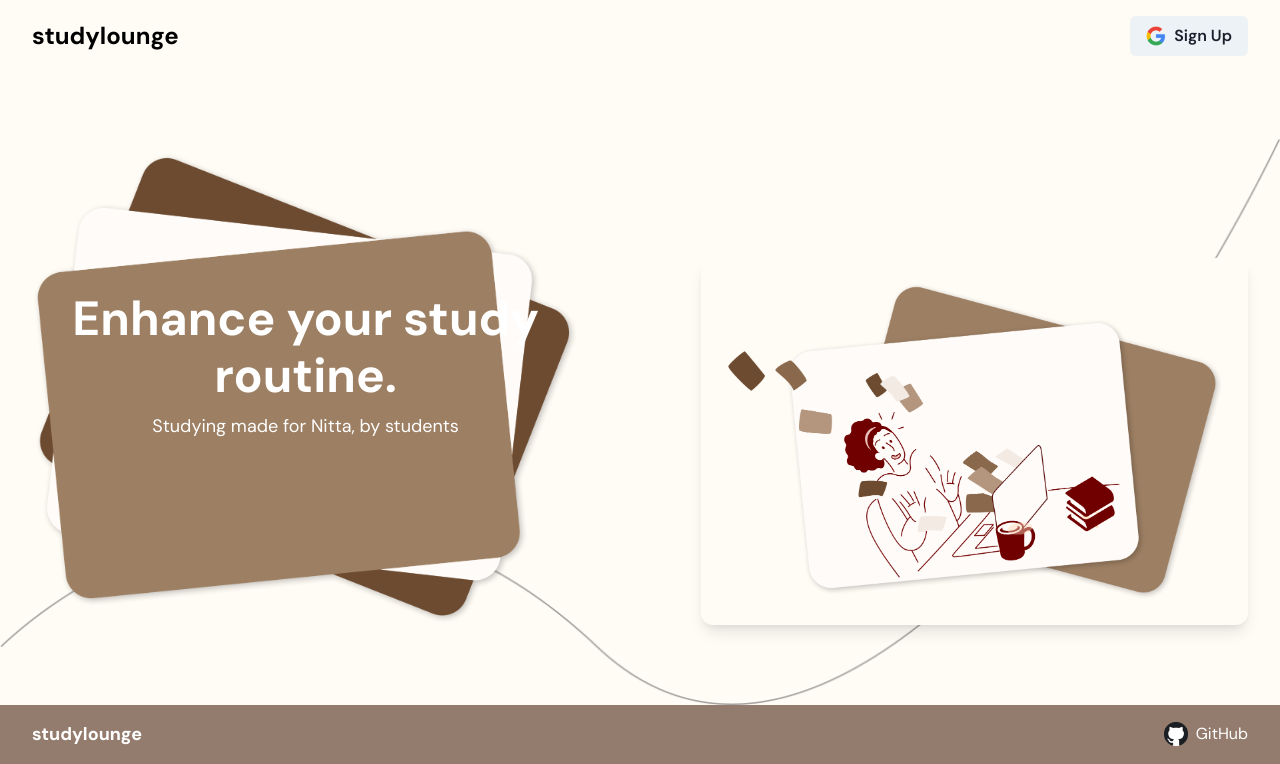
Repository: greg-chang/flashcard-website
Page: / (app in frontend/)
These files come from the project's save history. The page is drawn as it stood at one moment and after the next save; the edit follows.
The browser window is 1280 px wide. The pictures show the whole page.
The page's requests for data from a server got no answer. The project was rebuilt for these pictures with package versions that can differ from the ones it lists, and the page was loaded fresh each time. Some packages were replaced by stand-ins written for this rebuild. The framework's server and built-in components were replaced by stand-ins that run in the browser. No one was signed in, and anything a server would have sent is missing. Also part of the build but not shown: frontend/next.config.ts, frontend/src/components/Dashboard.tsx.

Above is the page before, as saved 2025-06-08 14:39:03.

After the next save:
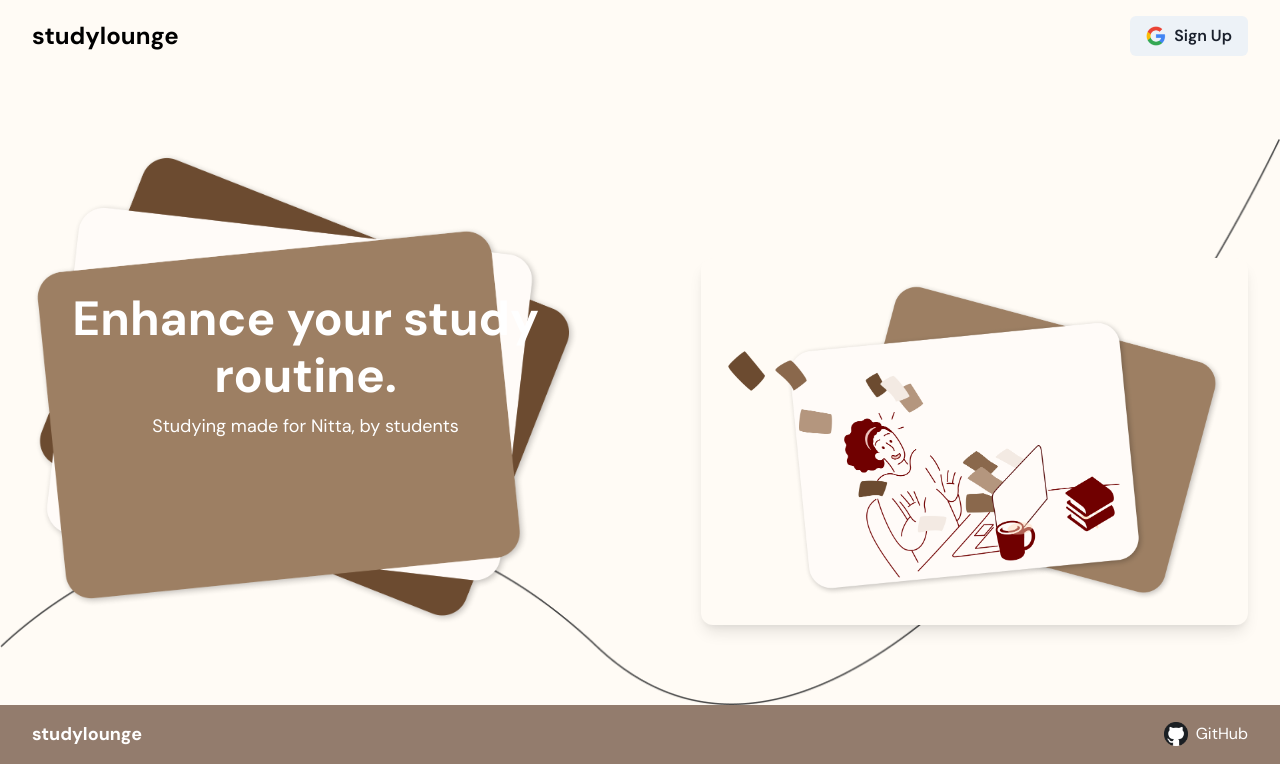
Saved 2 min 39 s later.
--- a/frontend/src/components/Homepage.tsx
+++ b/frontend/src/components/Homepage.tsx
@@ -51,7 +51,7 @@
           backgroundRepeat="no-repeat"
           backgroundPosition="center bottom"
           zIndex="0"
-          opacity="0.5"
+          opacity="1"
         />
 
         {/* Left Section: Grouped Cards Image */}

After the save that followed:
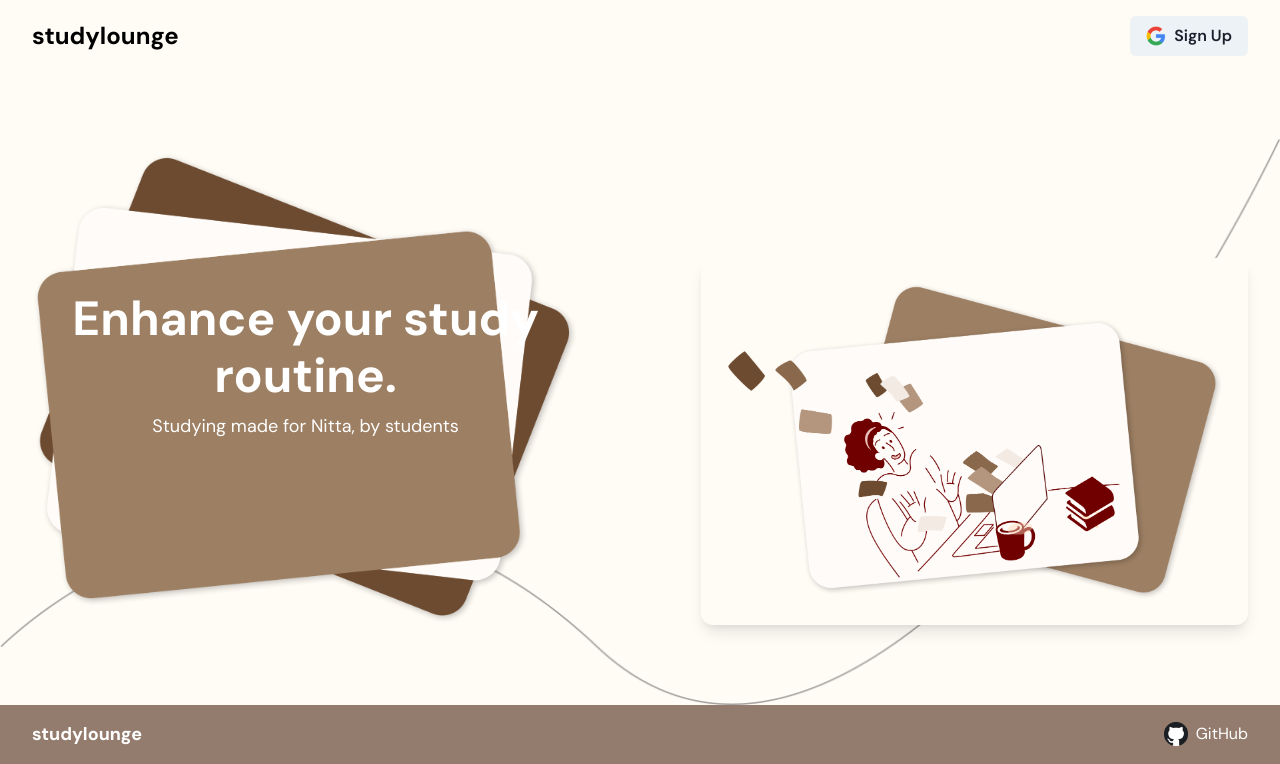
Saved 90 s later.
--- a/frontend/src/components/Homepage.tsx
+++ b/frontend/src/components/Homepage.tsx
@@ -20,7 +20,7 @@
 import GroupedCards from '@/assets/Grouped Cards.png';
 import StyleLine from '@/assets/Style Line.png';
 import GithubLogo from '@/assets/Github Logo.png';
-import GoogleLogo from '@/assets/Google Logo.png';
+// import GoogleLogo from '@/assets/Google Logo.png';
 
 export default function Homepage() {
   return (
@@ -51,7 +51,7 @@
           backgroundRepeat="no-repeat"
           backgroundPosition="center bottom"
           zIndex="0"
-          opacity="1"
+          opacity="0.5"
         />
 
         {/* Left Section: Grouped Cards Image */}
